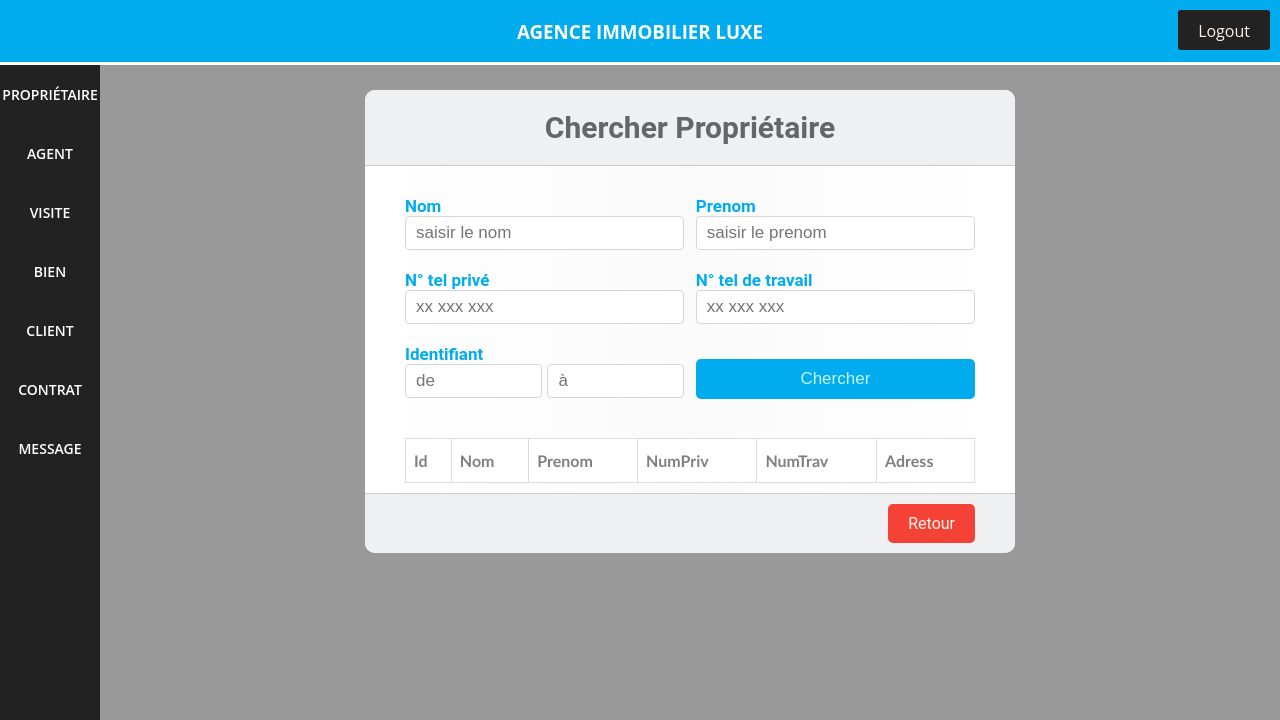
Repository: hassen-mnejja/Real_Estate_Agency_Website
Page: http://localhost/backoffice/WEB-INF/clientcherche.jsp
An editor plug-in stored every save of this project. The page is shown before and after the next save, followed by the edit.
The browser window is 1280 px wide. The pictures show the whole page.
Some icons come from a web library that is not loaded, so they are not drawn. The page is served by Tomcat 9. Nobody is signed in. Other server files are loaded and not shown. The template is opened directly, without the code that normally fills it, so the values that code supplies are empty.

Above is the page before, as saved 2020-06-23 22:40:18.

### backoffice/WebContent/WEB-INF/clientcherche.jsp
<%@ page language="java" contentType="text/html; charset=UTF-8" pageEncoding="UTF-8"%>
<%@ taglib uri="http://java.sun.com/jsp/jstl/core" prefix="c"%>
<!DOCTYPE html>
<html>
<head>
<script src="../JS/1351.js"></script>
<title>Chercher un propriétaire</title>
<link rel="stylesheet" href="../Style/MonStyle.css">
<link rel="icon" href="../Images/icon4.ico" />
<script src="../JS/jquery-3.4.1.js"></script>

<style>
.my-form {
	width: 650px;
}
</style>
</head>
<body>

	<!-- navbar -->
	<div id="nav-placeholder"></div>

	<!-- contenu -->
	<div id="contenu">
		<form class="my-form" action="chercherprop" method="post">

			<!-- form header -->
			<div class="form-header">
				<h1>Chercher Propriétaire</h1>
				<button type="submit" class="btn" style="display: none">Chercher</button>
			</div>

			<!-- form body -->
			<div class="form-body">

				<!-- nom et prenom -->
				<div class="horizontal-group">
					<div class="form-group left">
						<label for="nom" class="label-title">Nom</label> <input type="text" id="nom" class="form-input" name="nom" placeholder="saisir le nom" value="${nom}" />
					</div>
					<div class="form-group right">
						<label for="prenom" class="label-title">Prenom</label> <input type="text" id="prenom" class="form-input" name="prenom" placeholder="saisir le prenom " value="${prenom}" />
					</div>
				</div>

				<!-- Numpriv et Numtrav -->
				<div class="horizontal-group">
					<div class="form-group left">
						<label for="numpriv" class="label-title">N° tel privé</label> <input type="tel" id="numpriv" name="numpriv" class="form-input" placeholder="xx xxx xxx" pattern="[0-9]{2} [0-9]{3} [0-9]{3}" value="${numpriv}" /> <span class="validity"></span>
					</div>
					<div class="form-group right">
						<label for="numtrav" class="label-title">N° tel de travail</label> <input type="tel" id="numtrav" name="numtrav" class="form-input" placeholder="xx xxx xxx" pattern="[0-9]{2} [0-9]{3} [0-9]{3}" value="${numtrav}" />
					</div>
				</div>

				<!-- identifiant -->
				<div class="horizontal-group">
					<div class="form-group right" style="margin-left: auto; margin-right: auto">
						<button type="submit" class="btn" style="width: 100%; margin-top: 15px">Chercher</button>
					</div>
					<div class="form-group left">
						<div class="form-group left">
							<label for="de" class="label-title">Identifiant</label> <input type="text" id="de" name="de" class="form-input" placeholder="de" value="${de}" />
						</div>
						<div class="form-group right">
							<label for="vers" class="label-title" style="visibility: hidden;">id</label> <input type="text" id="vers" name="vers" class="form-input" placeholder="à" value="${vers}" />
						</div>
					</div>
				</div>

				<!-- Table -->
				<table id="elements" style="cellspacing: 0">
					<thead>
						<tr>
							<th>Id</th>
							<th>Nom</th>
							<th>Prenom</th>
							<th>NumPriv</th>
							<th>NumTrav</th>
							<th>Adress</th>
						</tr>
					</thead>
					<tbody>
						<c:forEach var="prop" items="${listeprop}">
							<tr>
								<td><a class="aa" style="text-align: right;" href="descriptifprop?identifiant=${prop.idProp}">${prop.idProp}</a></td>
								<td style="white-space: nowrap;">${prop.nom}</td>
								<td style="white-space: nowrap;">${prop.prenom}</td>
								<td style="white-space: nowrap;">${prop.numPriv}</td>
								<td style="white-space: nowrap;">${prop.numTrav}</td>
								<td>${prop.adress}</td>
							</tr>
						</c:forEach>
					</tbody>
				</table>
			</div>

			<!-- form-footer -->
			<div class="form-footer">
				<a href="home">Retour</a>

			</div>

		</form>
	</div>

	<!-- javascript -->
	<script>
		$(function() {
			$("#nav-placeholder").load("../navbar.html");
		});
	</script>
</body>
</html>

### backoffice/WebContent/Style/MonStyle.css
@charset "ISO-8859-1";
.aa:hover {
	background-color: rgba(0, 0, 0, 0);
	color: #4088a3;
}

.aa:link, .aa:visited {
	background-color: rgba(0, 0, 0, 0);
	color: #666;
	text-decoration: none;
	display: inline-block;
	border: none;
	padding: 0px 0px;
}

.nav {
	position: fixed;
	top: 60px;
	left: 0px;
	width: 100px;
	height: 100%;
	background: #222;
	z-index: 2;
}

.contenu {
	position: fixed;
	top: 60px;
	left: 100px;
	width: 100%;
	height: 100%;
	background: #999;
	z-index: 2;
}

.header {
	position: fixed;
	left: 0;
	right: 0;
	z-index: 1002;
	min-height: 60px;
	padding: 0 15px;
	background: #00acee;
	border-bottom: 3px solid white;
}

#contenu {
	position: fixed;
	top: 60px;
	left: 100px;
	width: calc(100% - 100px);
	height: 100%;
	background: #999;
	z-index: 1;
	margin-left: auto;
	margin-right: auto;
	transition: all 500ms linear;
	overflow-y: auto;
}

#contenu.active {
	left: 0px;
	width: 100%;
}

#nav {
	left: 0px;
	transition: all 500ms linear;
}

#nav.active {
	left: -100px;
}

.nav span {
	display: block;
	font-size: 14px;
	color: #fff;
	font-weight: 600;
	text-transform: uppercase;
	margin-top: 10px;
}

.fi {
	font-size: 25px;
	color: #eee;
}

.toggle {
	position: fixed;
	font-size: 25px;
	color: #222;
	top: 15px;
	left: 40px;
	cursor: pointer;
}

.nav .nav-item {
	position: relative;
	width: 100%;
	text-align: center;
}

.nav .main-item, .nav .sub-item {
	padding: 15px 0px;
	background: #222;
}

.nav .nav-item .sub-items {
	position: absolute;
	top: 0px;
	left: -300px;
	width: max-content;
	z-index: -1;
	transition: all 300ms ease-in-out;
}

.nav .sub-items .sub-item {
	float: left;
	width: 100px;
}

.nav .main-item:hover, .nav .sub-item:hover {
	background: #00acee;
	cursor: pointer;
}

.nav .nav-item:hover .sub-items {
	left: 102px;
}

#elements {
	font-family: "Trebuchet MS", Arial, Helvetica, sans-serif;
	border-collapse: collapse;
	width: 100%;
	border: 1px solid #d6d6d6;
	border-radius: 3px 3px 3px 3px;
}

#elements td, #elements th {
	border: 1px solid #ddd;
	padding: 8px;
}

#elements tr:nth-child(even) {
	background-color: white;
}

#elements tr:nth-child(odd) {
	background-color: #eff0f1;
}

#elements tr:hover {
	background-color: #ddd;
}

#elements th {
	padding-top: 12px;
	padding-bottom: 12px;
	text-align: left;
	background-color: white;
	color: gray;
}

@import url('https://fonts.googleapis.com/css?family=Roboto');

/*---------------------------------------*/
/* Register Form */
/*---------------------------------------*/
body {
	margin: 0px;
	font-family: "Open Sans", sans-serif;
}

a:link, a:visited {
	background-color: #f44336;
	color: #fff3e9;
	padding: 10px 20px;
	text-align: center;
	text-decoration: none;
	display: inline-block;
	border: none;
	border-radius: 5px;
}

a:hover, a:active {
	background-color: #fa3c39;
	color: white;
}

.my-form {
	font-family: "Roboto", sans-serif;
	background: linear-gradient(to right, #ffffff 0%, #fafafa 50%, #ffffff 99%);
	border-radius: 10px;
	margin: 30px auto;
	width: 650px;
}

/*---------------------------------------*/
/* Form Header */
/*---------------------------------------*/
.form-header {
	background-color: #EFF0F1;
	border-top-left-radius: 10px;
	border-top-right-radius: 10px;
}

.form-header h1 {
	font-size: 30px;
	text-align: center;
	color: #666;
	padding: 20px 0;
	border-bottom: 1px solid #cccccc;
}

/*---------------------------------------*/
/* Form Body */
/*---------------------------------------*/
.form-body {
	padding: 10px 40px;
	color: #666;
}

.form-group {
	margin-bottom: 20px;
}

.form-body .label-title {
	color: #00acee;
	font-size: 17px;
	font-weight: bold;
}

.form-body .form-input {
	font-size: 17px;
	box-sizing: border-box;
	width: 100%;
	height: 34px;
	padding-left: 10px;
	padding-right: 10px;
	color: #333333;
	text-align: left;
	border: 1px solid #d6d6d6;
	border-radius: 4px;
	background: white;
	outline: none;
}

.horizontal-group .left {
	float: left;
	width: 49%;
}

.horizontal-group .right {
	float: right;
	width: 49%;
}

/*---------------------------------------*/
/* Form Footer */
/*---------------------------------------*/
.my-form .form-footer {
	background-color: #EFF0F1;
	border-bottom-left-radius: 10px;
	border-bottom-right-radius: 10px;
	padding: 10px 40px;
	text-align: right;
	border-top: 1px solid #cccccc;
	clear: both;
}

.form-footer span {
	float: left;
	margin-top: 10px;
	color: #999;
	font-style: italic;
	font-weight: thin;
}

.btn {
	display: inline-block;
	padding: 10px 20px;
	background-color: #00acee;
	font-size: 17px;
	border: none;
	border-radius: 5px;
	color: #c3f4ff;
	cursor: pointer;
}

.btn:hover {
	background-color: #11addd;
	color: white;
}

a.log {
	position: fixed;
	float: left;
	background: #222;
	border-radius: 3px 3px 3px 3px;
	height: 20px;
	top: 10px;
	right: 10px;
}

.title {
	color: white;
	text-align: center;
	cursor: pointer;
}

### backoffice/WebContent/navbar.html
<script src="JS/1351.js"></script>
<header class="header black-bg">
	<i class="fas fa-bars toggle" onclick="toggle()" id="b"></i>
	<h3 class="title" onclick="window.location.href = '/backoffice/prive/home';">AGENCE IMMOBILIER LUXE</h3>
	<a class="log" href="/backoffice/logout" id="discon">Logout</a>
</header>
<div class="nav" id="nav" style="display: block">
	<div class="nav-item">
		<div class="main-item">
			<i class="fad fa-house-user fi"></i> <span>Propriétaire</span>
		</div>
		<div class="sub-items">
			<div class="sub-item" onclick="window.location.href = '/backoffice/prive/ajouterprop';">
				<i class="fad fa-user-plus fi"></i> <span>Ajouter</span>
			</div>
			<div class="sub-item" onclick="window.location.href = '/backoffice/prive/chercherprop';">
				<i class="fad fa-search fi"></i> <span>Chercher</span>
			</div>
		</div>
	</div>
	<div class="nav-item">
		<div class="main-item">
			<i class="fad fa-user-headset fi"></i> <span>Agent</span>
		</div>
		<div class="sub-items">
			<div class="sub-item" onclick="window.location.href = '/backoffice/prive/ajouteragent';">
				<i class="fad fa-user-plus fi"></i> <span>Ajouter</span>
			</div>
			<div class="sub-item" onclick="window.location.href = '/backoffice/prive/chercheragent';">
				<i class="fad fa-search fi"></i> <span>Chercher</span>
			</div>
		</div>
	</div>
	<div class="nav-item">
		<div class="main-item">
			<i class="fad fa-house-return fi"></i> <span>Visite</span>
		</div>
		<div class="sub-items">
			<div class="sub-item" onclick="window.location.href = '/backoffice/prive/ajoutervisite';">
				<i class="fad fa-calendar-plus fi"></i> <span>Programmer</span>
			</div>
			<div class="sub-item" onclick="window.location.href = '/backoffice/prive/cherchervisite';">
				<i class="fad fa-search fi"></i> <span>Chercher</span>
			</div>
		</div>
	</div>
	<div class="nav-item">
		<div class="main-item">
			<i class="fad fa-house fi"></i> <span>Bien</span>
		</div>
		<div class="sub-items">
			<div class="sub-item" onclick="window.location.href = '/backoffice/prive/ajouterbien';">
				<i class="fad fa-plus fi"></i> <span>Ajouter</span>
			</div>
			<div class="sub-item" onclick="window.location.href = '/backoffice/prive/chercherbien';">
				<i class="fad fa-search fi"></i> <span>Chercher</span>
			</div>
		</div>
	</div>
	<div class="nav-item">
		<div class="main-item">
			<i class="fad fa-user fi"></i> <span>client</span>
		</div>
		<div class="sub-items">
			<div class="sub-item" onclick="window.location.href = '/backoffice/prive/ajouterclient';">
				<i class="fad fa-user-plus fi"></i> <span>Ajouter</span>
			</div>
			<div class="sub-item" onclick="window.location.href = '/backoffice/prive/chercherclient';">
				<i class="fad fa-search fi"></i> <span>Chercher</span>
			</div>
		</div>
	</div>
	<div class="nav-item">
		<div class="main-item">
			<i class="fad fa-file fi"></i> <span>contrat</span>
		</div>
		<div class="sub-items">
			<div class="sub-item" onclick="window.location.href = '/backoffice/prive/ajoutercontrat';">
				<i class="fad fa-file-plus fi"></i> <span>Ajouter</span>
			</div>
			<div class="sub-item" onclick="window.location.href = '/backoffice/prive/cherchercontrat';">
				<i class="fad fa-file-search fi"></i> <span>Chercher</span>
			</div>
		</div>
	</div>
	<div class="nav-item">
		<div class="main-item">
			<i class="fad fa-comments-alt fi"></i> <span>Message</span>
		</div>
		<div class="sub-items">
			<div class="sub-item">
				<i class="fad fa-comment-alt-plus fi"></i> <span>Ajouter</span>
			</div>
			<div class="sub-item">
				<i class="fad fa-inbox fi"></i> <span>Chercher</span>
			</div>
		</div>
	</div>
</div>
<script>
	function toggle() {
		document.getElementById("nav").classList.toggle('active');
		document.getElementById("contenu").classList.toggle('active');
	}
</script>

Loaded but not shown: backoffice/WebContent/JS/1351.js (library); backoffice/WebContent/JS/jquery-3.4.1.js (library)

After the next save:
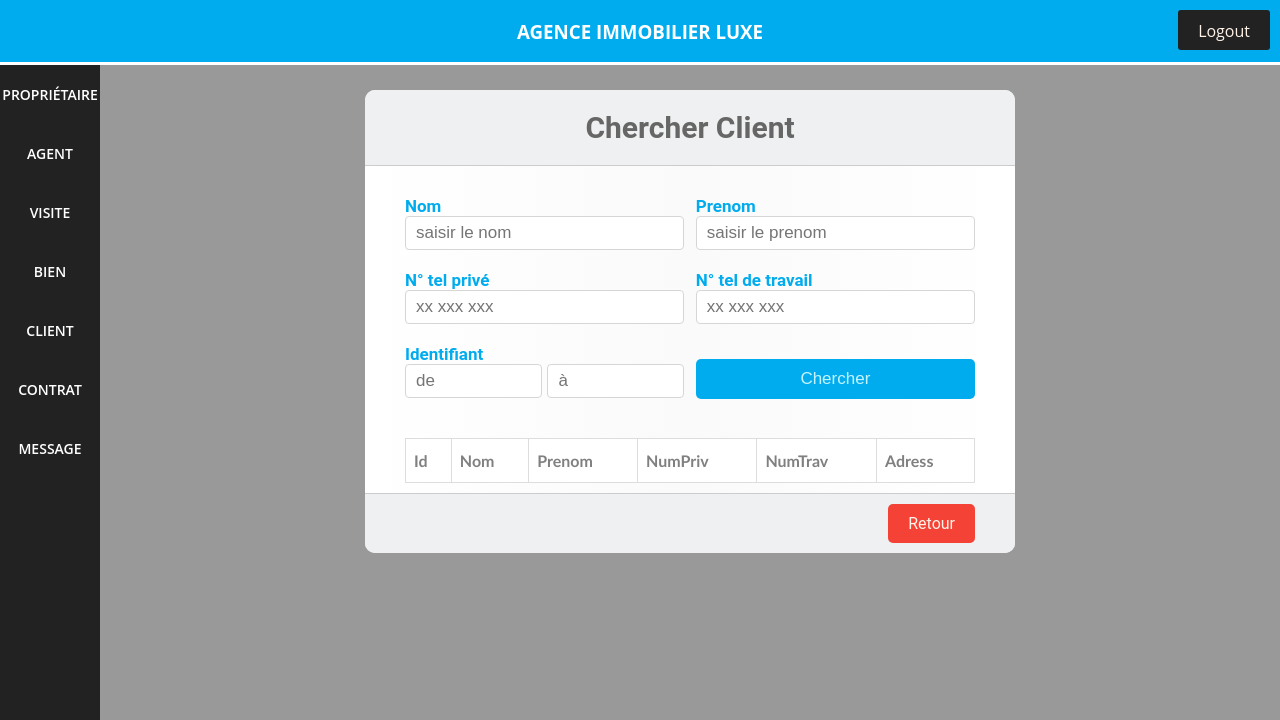
Saved 3 min 19 s later.
--- a/backoffice/WebContent/WEB-INF/clientcherche.jsp
+++ b/backoffice/WebContent/WEB-INF/clientcherche.jsp
@@ -4,7 +4,7 @@
 <html>
 <head>
 <script src="../JS/1351.js"></script>
-<title>Chercher un propriétaire</title>
+<title>Chercher un client</title>
 <link rel="stylesheet" href="../Style/MonStyle.css">
 <link rel="icon" href="../Images/icon4.ico" />
 <script src="../JS/jquery-3.4.1.js"></script>
@@ -22,11 +22,11 @@
 
 	<!-- contenu -->
 	<div id="contenu">
-		<form class="my-form" action="chercherprop" method="post">
+		<form class="my-form" action="chercherclient" method="post">
 
 			<!-- form header -->
 			<div class="form-header">
-				<h1>Chercher Propriétaire</h1>
+				<h1>Chercher Client</h1>
 				<button type="submit" class="btn" style="display: none">Chercher</button>
 			</div>
 
